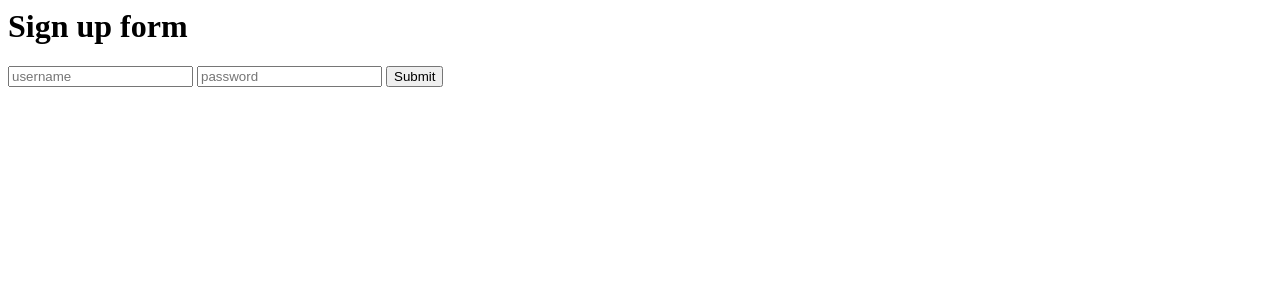
Repository: 19ycy91/myexercise
Page: http://localhost/register
The author's editor kept a record of every edit. The page is drawn from the files as they stood at one moment, then again after the next edit.
The browser window is 1280 px wide. The pictures show the whole page.
The page is served by the project's Node server (Authentication/AuthDemo/app.js). Other server files are loaded and not shown.

Above is the page before.

### 6_Projects_UsingBackEndandRESTfulRoutes/workspace/Authentication/AuthDemo/views/register.ejs
<h1> Sign up form</h1>

<form action="/register" method ="POST">
    <input type ="text" name="username" placeholder= "username">
    <input type ="password" name="password" placeholder= "password">
    <button>Submit</button>
</form>

### 6_Projects_UsingBackEndandRESTfulRoutes/workspace/Authentication/AuthDemo/app.js
var express= require("express");
var mongoose = require("mongoose");
var passport = require("passport");
var bodyParser = require("body-parser");
var LocalStrategy = require("passport-local");
var passportlocalMongoose = require("passport-local-mongoose");
var User = require("./models/user");

mongoose.connect("mongodb://localhost/auth_demo_app");



var app= express();
app.set("view engine", "ejs");
app.use(bodyParser.urlencoded({extended:true}));
app.use(require("express-session")({
    secret:"Rusty is the best and cutest dog in the world",
    resave: false,
    saveUninitialized: false
}));


app.use(passport.initialize());
app.use(passport.session());

passport.use(new LocalStrategy(User.authenticate()));
passport.serializeUser(User.serializeUser());
passport.deserializeUser(User.deserializeUser());




/////routes
////===========


app.get("/", function(req, res){
    res.render("home");
});


app.get("/secret",isLoggedIn, function(req,res){
    res.render("secret");
})

//auth routs

//show sign up form

app.get("/register", function(req,res){
    res.render("register");
});

//handling user sign up
app.post("/register",function(req,res){
    req.body.username;
    req.body.password;
    User.register(new User({username: req.body.username}), req.body.password, function(err,user){ /////
        if(err){
            console.log(err);
            return res.render('register');
        }
        passport.authenticate("local")(req,res,function(){ //////
            res.redirect("/secret");

        });
    });
});

//Login routes
//render login form
app.get("/login", function(req,res){
    res.render("login");
})

//login logic
//middleware - some code that runs before final callback - sit between beginning and end of the route
app.post("/login", passport.authenticate("local", {
    successRedirect: "/secret",
    failureRedirect: "/login"
}), function(req,res) {

});

app.get("/logout", function(req,res){
    req.logout();
    res.redirect("/")
})

function isLoggedIn(req, res, next){
    if(req.isAuthenticated()){
        return next();
    }
    res.redirect("/login");
}

app.listen(process.env.PORT, process.env.IP, function(){
    console.log("server started.....");
})

After the next edit:
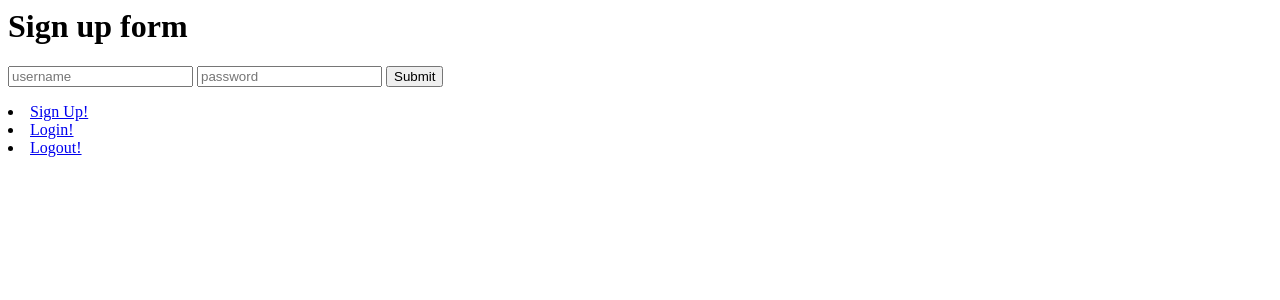
The edit:
--- a/6_Projects_UsingBackEndandRESTfulRoutes/workspace/Authentication/AuthDemo/views/register.ejs
+++ b/6_Projects_UsingBackEndandRESTfulRoutes/workspace/Authentication/AuthDemo/views/register.ejs
@@ -5,3 +5,7 @@
     <input type ="password" name="password" placeholder= "password">
     <button>Submit</button>
 </form>
+
+<li> <a href="/register"> Sign Up!</a></li>
+<li> <a href= "/login"> Login!</a></li>
+<li><a href="/logout"> Logout!</a></li>
